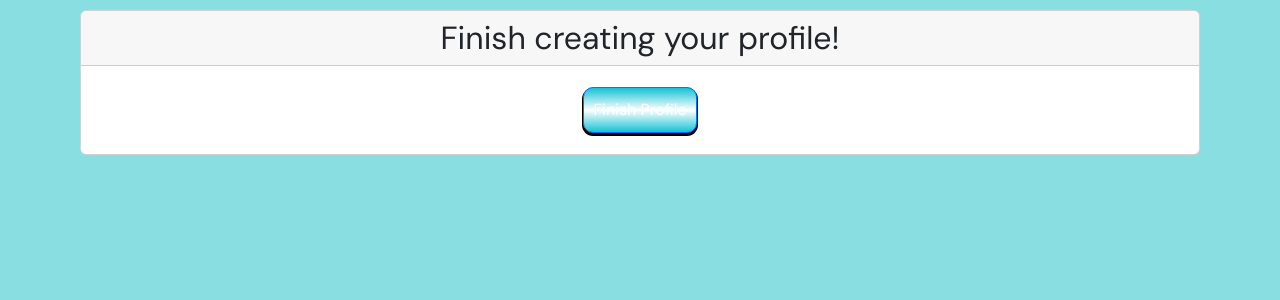
Repository: aiodell/my-glucose-checkup
Page: /me (app in client/)
An editor plug-in stored every save of this project. The page is shown before and after the next save, followed by the edit.
The browser window is 1280 px wide. The pictures show the whole page.
The page's requests for data from a server got no answer. The project was rebuilt for these pictures with package versions that can differ from the ones it lists, and the page was loaded fresh each time. No one was signed in, and anything a server would have sent is missing. Also part of the build but not shown: client/src/components/Login.js, client/src/components/Signup.js, client/src/components/Dashboard.js, client/src/components/AllReadings.js, client/src/components/NewReading.js, client/src/components/Home.js, client/src/components/BglUpdateForm.js, client/src/components/BglEventDetails.js and 8 more.

Above is the page before, as saved 2022-10-06 07:01:55.

After the next save:
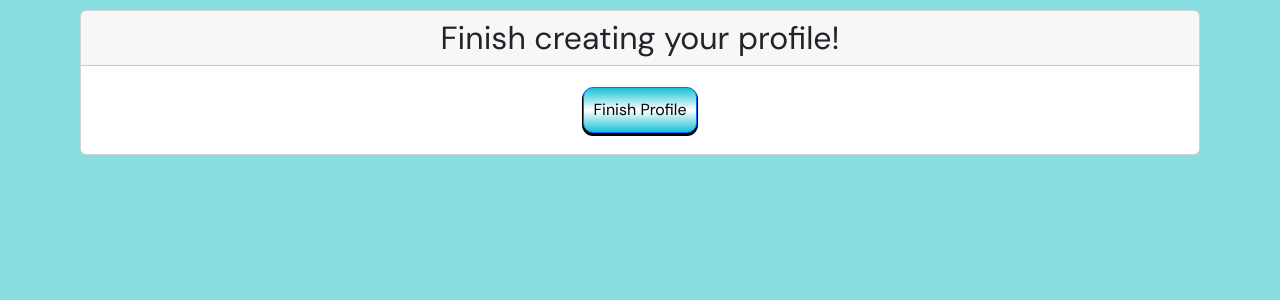
Saved 9 s later.
--- a/client/src/styles.css
+++ b/client/src/styles.css
@@ -10,7 +10,7 @@ body {
 /*Universal */
 .btns {
   background-image: linear-gradient(#16c2d5, #ffffff,#16c2d5);
-  color: rgb(255, 255, 255);
+  color: rgb(0, 0, 0);
   padding: 10px;
   margin: 5px;
   text-align: center;
